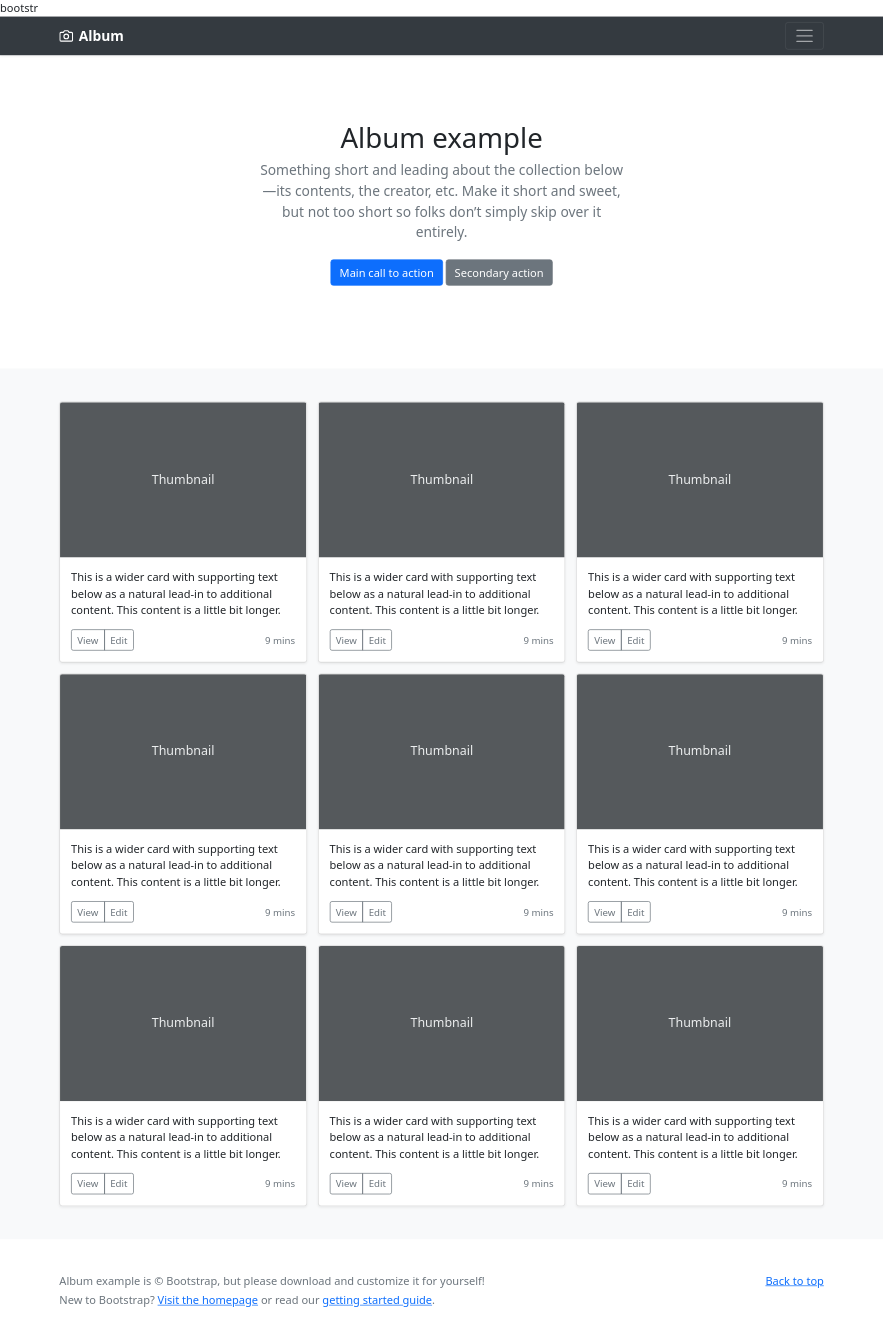
Repository: ajaykmankani/grocerry-project
Page: http://localhost/swastik
These files come from the project's save history. The page is drawn as it stood at one moment and after the next save; the edit follows.
The browser window is 1280 px wide. The pictures show the whole page, at 69% of full size.
The page is served by the project's Laravel application, run on PHP 8.4 with Laravel 9. Other server files are loaded and not shown.

Above is the page before, as saved 2022-06-18 15:12:41.

### routes/web.php
<?php

use Illuminate\Support\Facades\Route;

/*
|--------------------------------------------------------------------------
| Web Routes
|--------------------------------------------------------------------------
|
| Here is where you can register web routes for your application. These
| routes are loaded by the RouteServiceProvider within a group which
| contains the "web" middleware group. Now create something great!
|
*/

Route::get('/', function () {
    return view('welcome');
});

Route::get('/swastik', function () {
    return view('swastik');
});

### resources/views/swastik.blade.php
bootstr<!doctype html>
<html lang="en">

<head>
  <meta charset="utf-8">
  <meta name="viewport" content="width=device-width, initial-scale=1">
  <meta name="description" content="">
  <meta name="author" content="Mark Otto, Jacob Thornton, and Bootstrap contributors">
  <meta name="generator" content="Hugo 0.72.0">
  <title>Album example · Bootstrap</title>

  <link rel="canonical" href="https://v5.getbootstrap.com/docs/5.0/examples/album/">



  <!-- Bootstrap core CSS -->
<link rel="stylesheet" href="https://stackpath.bootstrapcdn.com/bootstrap/5.0.0-alpha1/css/bootstrap.min.css" integrity="sha384-r4NyP46KrjDleawBgD5tp8Y7UzmLA05oM1iAEQ17CSuDqnUK2+k9luXQOfXJCJ4I" crossorigin="anonymous">
<script src="https://stackpath.bootstrapcdn.com/bootstrap/5.0.0-alpha1/js/bootstrap.min.js" integrity="sha384-oesi62hOLfzrys4LxRF63OJCXdXDipiYWBnvTl9Y9/TRlw5xlKIEHpNyvvDShgf/" crossorigin="anonymous"></script>
<script src="https://cdn.jsdelivr.net/npm/popper.js@1.16.0/dist/umd/popper.min.js" integrity="sha384-Q6E9RHvbIyZFJoft+2mJbHaEWldlvI9IOYy5n3zV9zzTtmI3UksdQRVvoxMfooAo" crossorigin="anonymous"></script>

  <style>
    .bd-placeholder-img {
      font-size: 1.125rem;
      text-anchor: middle;
      -webkit-user-select: none;
      -moz-user-select: none;
      -ms-user-select: none;
      user-select: none;
    }

    @media (min-width: 768px) {
      .bd-placeholder-img-lg {
        font-size: 3.5rem;
      }
    }
  </style>


</head>

<body>

  <header>
    <div class="collapse bg-dark" id="navbarHeader">
      <div class="container">
        <div class="row">
          <div class="col-sm-8 col-md-7 py-4">
            <h4 class="text-white">About</h4>
            <p class="text-muted">Add some information about the album below, the author, or any other background
              context. Make it a few sentences long so folks can pick up some informative tidbits. Then, link them off
              to some social networking sites or contact information.</p>
          </div>
          <div class="col-sm-4 offset-md-1 py-4">
            <h4 class="text-white">Contact</h4>
            <ul class="list-unstyled">
              <li><a href="#" class="text-white">Follow on Twitter</a></li>
              <li><a href="#" class="text-white">Like on Facebook</a></li>
              <li><a href="#" class="text-white">Email me</a></li>
            </ul>
          </div>
        </div>
      </div>
    </div>
    <div class="navbar navbar-dark bg-dark shadow-sm">
      <div class="container">
        <a href="#" class="navbar-brand d-flex align-items-center">
          <svg xmlns="http://www.w3.org/2000/svg" width="20" height="20" fill="none" stroke="currentColor"
            stroke-linecap="round" stroke-linejoin="round" stroke-width="2" aria-hidden="true" class="mr-2"
            viewBox="0 0 24 24">
            <path d="M23 19a2 2 0 0 1-2 2H3a2 2 0 0 1-2-2V8a2 2 0 0 1 2-2h4l2-3h6l2 3h4a2 2 0 0 1 2 2z" />
            <circle cx="12" cy="13" r="4" /></svg>
          <strong>Album</strong>
        </a>
        <button class="navbar-toggler" type="button" data-toggle="collapse" data-target="#navbarHeader"
          aria-controls="navbarHeader" aria-expanded="false" aria-label="Toggle navigation">
          <span class="navbar-toggler-icon"></span>
        </button>
      </div>
    </div>
  </header>

  <main>

    <section class="py-5 text-center container">
      <div class="row py-lg-5">
        <div class="col-lg-6 col-md-8 mx-auto">
          <h1 class="font-weight-light">Album example</h1>
          <p class="lead text-muted">Something short and leading about the collection below—its contents, the creator,
            etc. Make it short and sweet, but not too short so folks don’t simply skip over it entirely.</p>
          <p>
            <a href="#" class="btn btn-primary my-2">Main call to action</a>
            <a href="#" class="btn btn-secondary my-2">Secondary action</a>
          </p>
        </div>
      </div>
    </section>

    <div class="album py-5 bg-light">
      <div class="container">

        <div class="row row-cols-1 row-cols-sm-2 row-cols-md-3 g-3">
          <div class="col">
            <div class="card shadow-sm">
              <svg class="bd-placeholder-img card-img-top" width="100%" height="225" xmlns="http://www.w3.org/2000/svg"
                aria-label="Placeholder: Thumbnail" preserveAspectRatio="xMidYMid slice" role="img" focusable="false">
                <title>Placeholder</title>
                <rect width="100%" height="100%" fill="#55595c" /><text x="50%" y="50%" fill="#eceeef"
                  dy=".3em">Thumbnail</text>
              </svg>

              <div class="card-body">
                <p class="card-text">This is a wider card with supporting text below as a natural lead-in to additional
                  content. This content is a little bit longer.</p>
                <div class="d-flex justify-content-between align-items-center">
                  <div class="btn-group">
                    <button type="button" class="btn btn-sm btn-outline-secondary">View</button>
                    <button type="button" class="btn btn-sm btn-outline-secondary">Edit</button>
                  </div>
                  <small class="text-muted">9 mins</small>
                </div>
              </div>
            </div>
          </div>
          <div class="col">
            <div class="card shadow-sm">
              <svg class="bd-placeholder-img card-img-top" width="100%" height="225" xmlns="http://www.w3.org/2000/svg"
                aria-label="Placeholder: Thumbnail" preserveAspectRatio="xMidYMid slice" role="img" focusable="false">
                <title>Placeholder</title>
                <rect width="100%" height="100%" fill="#55595c" /><text x="50%" y="50%" fill="#eceeef"
                  dy=".3em">Thumbnail</text>
              </svg>

              <div class="card-body">
                <p class="card-text">This is a wider card with supporting text below as a natural lead-in to additional
                  content. This content is a little bit longer.</p>
                <div class="d-flex justify-content-between align-items-center">
                  <div class="btn-group">
                    <button type="button" class="btn btn-sm btn-outline-secondary">View</button>
                    <button type="button" class="btn btn-sm btn-outline-secondary">Edit</button>
                  </div>
                  <small class="text-muted">9 mins</small>
                </div>
              </div>
            </div>
          </div>
          <div class="col">
            <div class="card shadow-sm">
              <svg class="bd-placeholder-img card-img-top" width="100%" height="225" xmlns="http://www.w3.org/2000/svg"
                aria-label="Placeholder: Thumbnail" preserveAspectRatio="xMidYMid slice" role="img" focusable="false">
                <title>Placeholder</title>
                <rect width="100%" height="100%" fill="#55595c" /><text x="50%" y="50%" fill="#eceeef"
                  dy=".3em">Thumbnail</text>
              </svg>

              <div class="card-body">
                <p class="card-text">This is a wider card with supporting text below as a natural lead-in to additional
                  content. This content is a little bit longer.</p>
                <div class="d-flex justify-content-between align-items-center">
                  <div class="btn-group">
                    <button type="button" class="btn btn-sm btn-outline-secondary">View</button>
                    <button type="button" class="btn btn-sm btn-outline-secondary">Edit</button>
                  </div>
                  <small class="text-muted">9 mins</small>
                </div>
              </div>
            </div>
          </div>

          <div class="col">
            <div class="card shadow-sm">
              <svg class="bd-placeholder-img card-img-top" width="100%" height="225" xmlns="http://www.w3.org/2000/svg"
                aria-label="Placeholder: Thumbnail" preserveAspectRatio="xMidYMid slice" role="img" focusable="false">
                <title>Placeholder</title>
                <rect width="100%" height="100%" fill="#55595c" /><text x="50%" y="50%" fill="#eceeef"
                  dy=".3em">Thumbnail</text>
              </svg>

              <div class="card-body">
                <p class="card-text">This is a wider card with supporting text below as a natural lead-in to additional
                  content. This content is a little bit longer.</p>
                <div class="d-flex justify-content-between align-items-center">
                  <div class="btn-group">
                    <button type="button" class="btn btn-sm btn-outline-secondary">View</button>
                    <button type="button" class="btn btn-sm btn-outline-secondary">Edit</button>
                  </div>
                  <small class="text-muted">9 mins</small>
                </div>
              </div>
            </div>
          </div>
          <div class="col">
            <div class="card shadow-sm">
              <svg class="bd-placeholder-img card-img-top" width="100%" height="225" xmlns="http://www.w3.org/2000/svg"
                aria-label="Placeholder: Thumbnail" preserveAspectRatio="xMidYMid slice" role="img" focusable="false">
                <title>Placeholder</title>
                <rect width="100%" height="100%" fill="#55595c" /><text x="50%" y="50%" fill="#eceeef"
                  dy=".3em">Thumbnail</text>
              </svg>

              <div class="card-body">
                <p class="card-text">This is a wider card with supporting text below as a natural lead-in to additional
                  content. This content is a little bit longer.</p>
                <div class="d-flex justify-content-between align-items-center">
                  <div class="btn-group">
                    <button type="button" class="btn btn-sm btn-outline-secondary">View</button>
                    <button type="button" class="btn btn-sm btn-outline-secondary">Edit</button>
                  </div>
                  <small class="text-muted">9 mins</small>
                </div>
              </div>
            </div>
          </div>
          <div class="col">
            <div class="card shadow-sm">
              <svg class="bd-placeholder-img card-img-top" width="100%" height="225" xmlns="http://www.w3.org/2000/svg"
                aria-label="Placeholder: Thumbnail" preserveAspectRatio="xMidYMid slice" role="img" focusable="false">
                <title>Placeholder</title>
                <rect width="100%" height="100%" fill="#55595c" /><text x="50%" y="50%" fill="#eceeef"
                  dy=".3em">Thumbnail</text>
              </svg>

              <div class="card-body">
                <p class="card-text">This is a wider card with supporting text below as a natural lead-in to additional
                  content. This content is a little bit longer.</p>
                <div class="d-flex justify-content-between align-items-center">
                  <div class="btn-group">
                    <button type="button" class="btn btn-sm btn-outline-secondary">View</button>
                    <button type="button" class="btn btn-sm btn-outline-secondary">Edit</button>
                  </div>
                  <small class="text-muted">9 mins</small>
                </div>
              </div>
            </div>
          </div>

          <div class="col">
            <div class="card shadow-sm">
              <svg class="bd-placeholder-img card-img-top" width="100%" height="225" xmlns="http://www.w3.org/2000/svg"
                aria-label="Placeholder: Thumbnail" preserveAspectRatio="xMidYMid slice" role="img" focusable="false">
                <title>Placeholder</title>
                <rect width="100%" height="100%" fill="#55595c" /><text x="50%" y="50%" fill="#eceeef"
                  dy=".3em">Thumbnail</text>
              </svg>

              <div class="card-body">
                <p class="card-text">This is a wider card with supporting text below as a natural lead-in to additional
                  content. This content is a little bit longer.</p>
                <div class="d-flex justify-content-between align-items-center">
                  <div class="btn-group">
                    <button type="button" class="btn btn-sm btn-outline-secondary">View</button>
                    <button type="button" class="btn btn-sm btn-outline-secondary">Edit</button>
                  </div>
                  <small class="text-muted">9 mins</small>
                </div>
              </div>
            </div>
          </div>
          <div class="col">
            <div class="card shadow-sm">
              <svg class="bd-placeholder-img card-img-top" width="100%" height="225" xmlns="http://www.w3.org/2000/svg"
                aria-label="Placeholder: Thumbnail" preserveAspectRatio="xMidYMid slice" role="img" focusable="false">
                <title>Placeholder</title>
                <rect width="100%" height="100%" fill="#55595c" /><text x="50%" y="50%" fill="#eceeef"
                  dy=".3em">Thumbnail</text>
              </svg>

              <div class="card-body">
                <p class="card-text">This is a wider card with supporting text below as a natural lead-in to additional
                  content. This content is a little bit longer.</p>
                <div class="d-flex justify-content-between align-items-center">
                  <div class="btn-group">
                    <button type="button" class="btn btn-sm btn-outline-secondary">View</button>
                    <button type="button" class="btn btn-sm btn-outline-secondary">Edit</button>
                  </div>
                  <small class="text-muted">9 mins</small>
                </div>
              </div>
            </div>
          </div>
          <div class="col">
            <div class="card shadow-sm">
              <svg class="bd-placeholder-img card-img-top" width="100%" height="225" xmlns="http://www.w3.org/2000/svg"
                aria-label="Placeholder: Thumbnail" preserveAspectRatio="xMidYMid slice" role="img" focusable="false">
                <title>Placeholder</title>
                <rect width="100%" height="100%" fill="#55595c" /><text x="50%" y="50%" fill="#eceeef"
                  dy=".3em">Thumbnail</text>
              </svg>

              <div class="card-body">
                <p class="card-text">This is a wider card with supporting text below as a natural lead-in to additional
                  content. This content is a little bit longer.</p>
                <div class="d-flex justify-content-between align-items-center">
                  <div class="btn-group">
                    <button type="button" class="btn btn-sm btn-outline-secondary">View</button>
                    <button type="button" class="btn btn-sm btn-outline-secondary">Edit</button>
                  </div>
                  <small class="text-muted">9 mins</small>
                </div>
              </div>
            </div>
          </div>
        </div>
      </div>
    </div>

  </main>

  <footer class="text-muted py-5">
    <div class="container">
      <p class="float-right mb-1">
        <a href="#">Back to top</a>
      </p>
      <p class="mb-1">Album example is &copy; Bootstrap, but please download and customize it for yourself!</p>
      <p class="mb-0">New to Bootstrap? <a href="/">Visit the homepage</a> or read our <a
          href="/docs/5.0/getting-started/introduction/">getting started guide</a>.</p>
    </div>
  </footer>

</body>

</html>

After the next save:
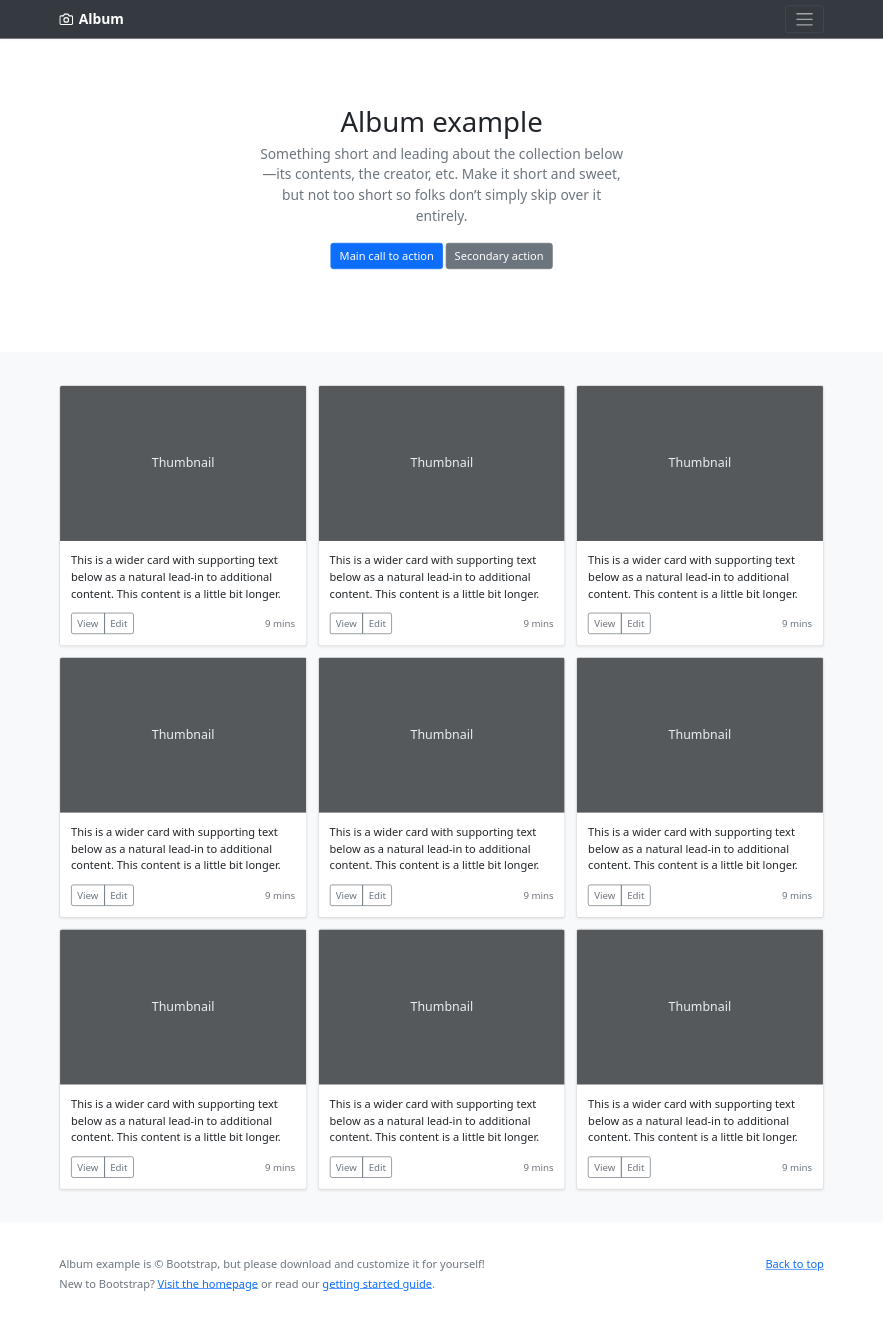
Saved 17 s later.
--- a/resources/views/swastik.blade.php
+++ b/resources/views/swastik.blade.php
@@ -1,4 +1,4 @@
-bootstr<!doctype html>
+<!doctype html>
 <html lang="en">
 
 <head>
